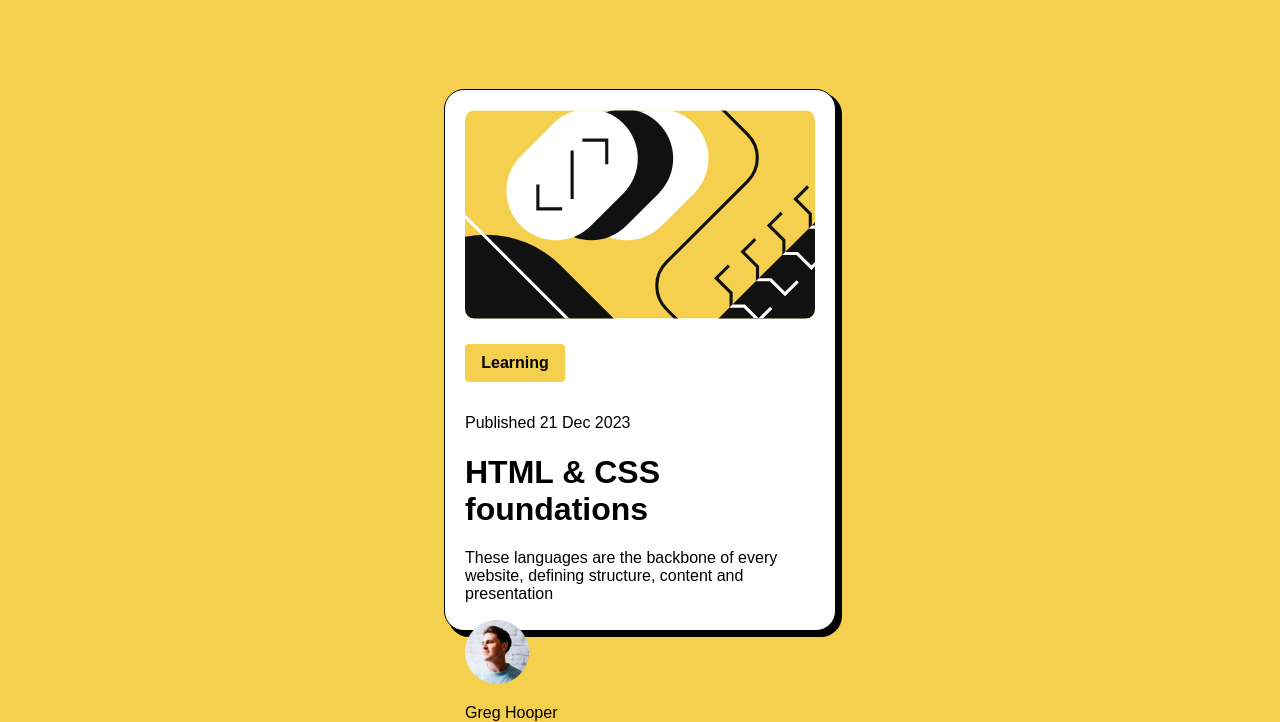
Repository: brandontaylor1/blogpreviewcard
Page: index.html
These files come from the project's save history. The page is drawn as it stood at one moment and after a run of saves; the edit follows.
The browser window is 1280 px wide. The pictures show the whole page.

Above is the page before, as saved 2024-12-25 11:17:01.

After the next 3 saves:
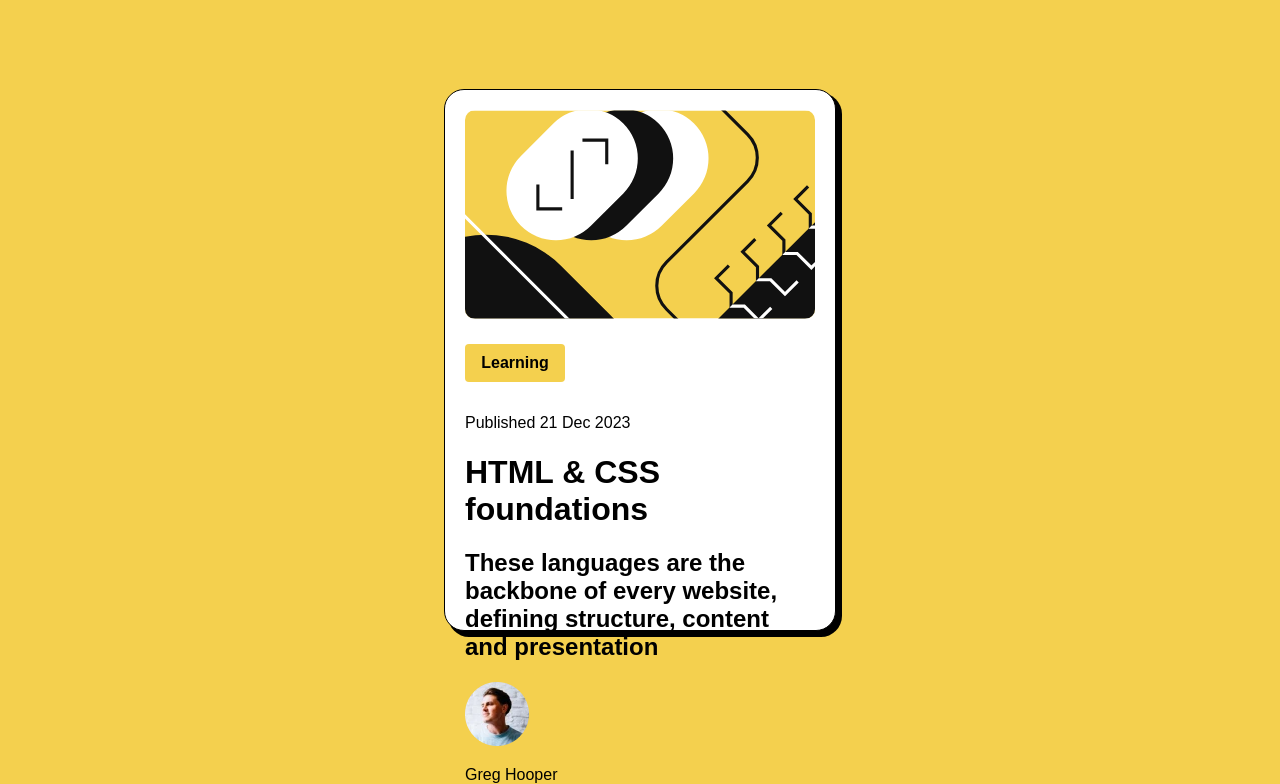
The 3 saves are shown as one change because they came seconds apart.
The last was saved 21 s later.
--- a/index.html
+++ b/index.html
@@ -16,7 +16,7 @@
             <div class="card-content-text">
                 <p>Published 21 Dec 2023</p>
                 <h1>HTML & CSS foundations</h1>
-                <p>These languages are the backbone of every website, defining structure, content and presentation</p>
+                <h2>These languages are the backbone of every website, defining structure, content and presentation</h2>
             </div>
         </div>
         <div class="user-footer">
